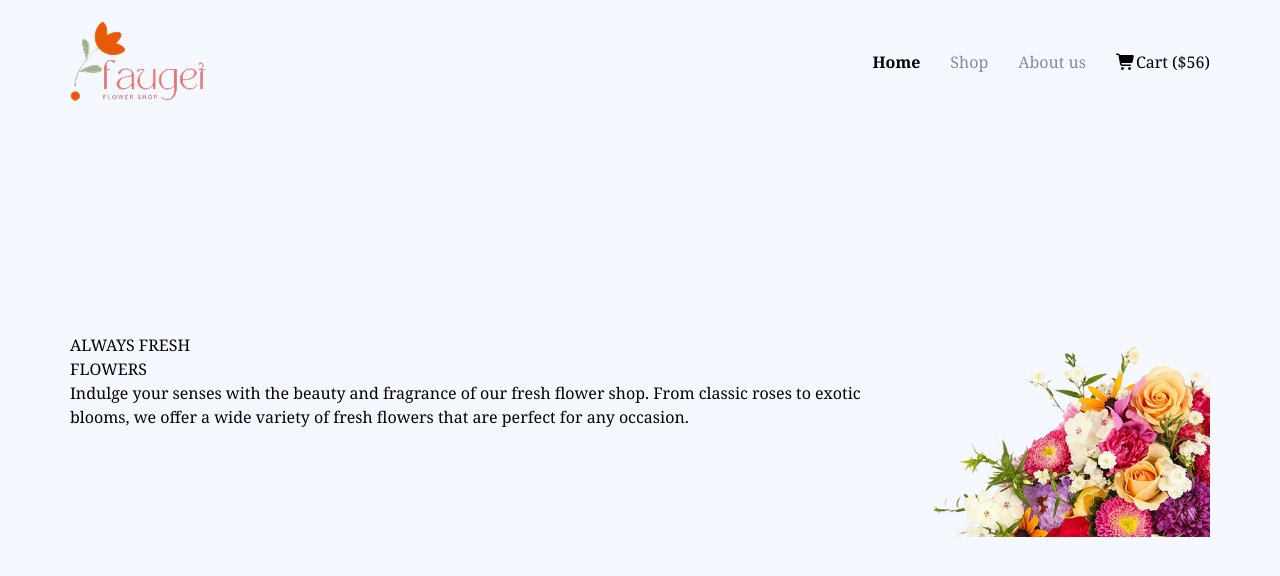
Repository: nahid-hasann/website-7
Page: index.html
These files come from the project's save history. The page is drawn as it stood at one moment and after the next save; the edit follows.
The browser window is 1280 px wide. The pictures show the whole page.
Some web libraries are served in a nearby version.

Above is the page before, as saved 2025-07-23 23:06:57.

### index.html
<!DOCTYPE html>
<html lang="en">
<head>
    <meta charset="UTF-8">
    <meta name="viewport" content="width=device-width, initial-scale=1.0">
     <script src="https://cdn.jsdelivr.net/npm/@tailwindcss/browser@4"></script>
    <title> website-7 </title>
    <link rel="stylesheet" href="style.css">
    <link rel="stylesheet" href="https://cdnjs.cloudflare.com/ajax/libs/font-awesome/7.0.0/css/all.min.css" integrity="sha512-DxV+EoADOkOygM4IR9yXP8Sb2qwgidEmeqAEmDKIOfPRQZOWbXCzLC6vjbZyy0vPisbH2SyW27+ddLVCN+OMzQ==" crossorigin="anonymous" referrerpolicy="no-referrer" />
   <link rel="preconnect" href="https://fonts.googleapis.com">
<link rel="preconnect" href="https://fonts.gstatic.com" crossorigin>
<link href="https://fonts.googleapis.com/css2?family=Noto+Serif:ital,wght@0,100..900;1,100..900&display=swap" rel="stylesheet">
</head>
<body class="noto-serif-nahid">


    <header>
        <nav>
            <div class="nav-logo">
                <img src="assets/logo.png" alt="">
            </div>
            <div class="nav-menu">
                <ul>
                    <li class="ul-li" style="color: black; font-weight: bold;">Home</li>
                    <li class="ul-li" >Shop</li>
                    <li class="ul-li" >About us</li>
                    <li class="last-li" style="color: black;"><i class="fa-solid fa-cart-shopping"></i>Cart ($56)</li>
                </ul>
            </div>
        </nav>
    </header>

    <main class="main">

        <section class="banner">
            <div class="banner-section">
                <div class="banner-description">
                    <h1>ALWAYS <span>FRESH <br> FLOWERS</span></h1>
                    <p>Indulge your senses with the beauty and fragrance of our fresh flower shop. From classic roses to exotic blooms, we offer a wide variety of fresh flowers that are perfect for any occasion. </p>
                </div>
                <div class="banner-img">
                    <img src="assets/hero-flower.png" alt="">
                </div>
            </div>
        </section>

    </main>




</body>
</html>

### style.css


*{
    margin: 0;
    padding: 0;
    box-sizing: border-box;
}


.noto-serif-nahid {
  font-family: "Noto Serif", serif;
  font-optical-sizing: auto;
  font-style: normal;
  font-variation-settings:
    "wdth" 100;
}

body{
    background-color: #f5f8ff;
}



/* header suru  */

header{
   margin: 20px auto;
   max-width: 1140px;
}

nav{
    display: flex;
    justify-content: space-between;
    align-items: center;
}

.nav-logo img{
    width: 100%;
}

.nav-menu ul{
     display: flex;
     gap: 30px;
     align-items: center;
     justify-content: center;
     margin: auto 0;
}

.nav-menu ul li{
    color: rgba(137, 135, 161, 1);
    font-weight: 400;
}


/* header sesh  */

.main{
    width: 1140px;
    margin: auto;
}

/* banner-section  */

.banner{
    margin: 230px 0 130px 0;
}

.banner-section{
     display: flex;
}

/* banner-section  */





@media screen and (max-width:575px) {
    header{
        width: 100%;
    }

nav{
    margin:0 30px;

}

.nav-logo img{
    width: 63px;
}
    .ul-li{
        display: none;
    }

}

After the next save:
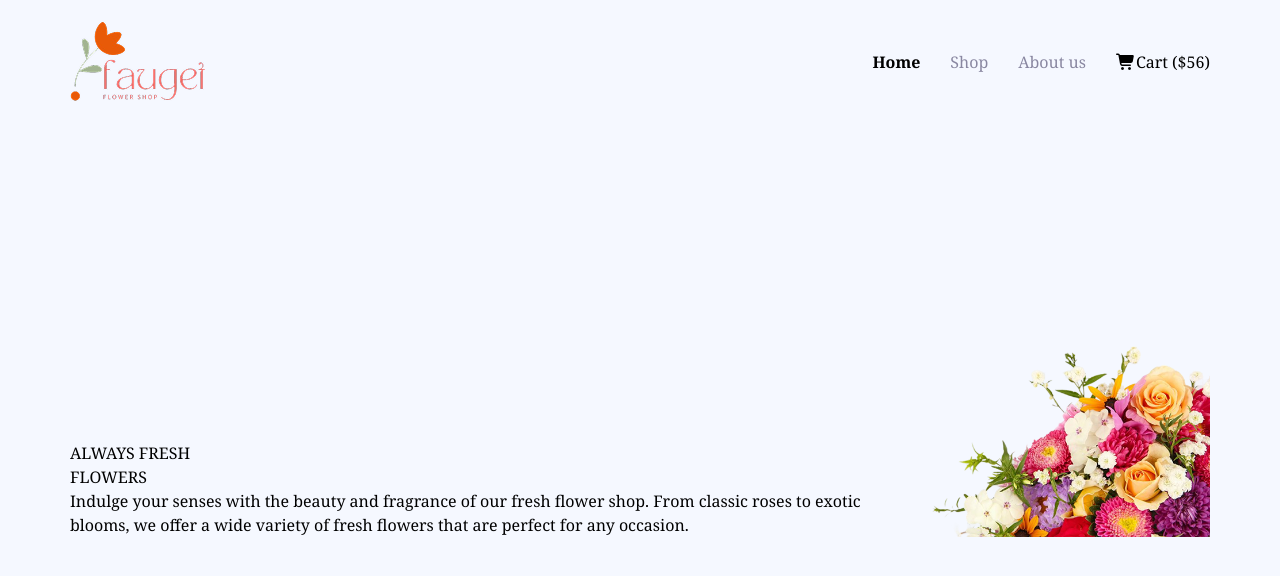
Saved 45 s later.
--- a/style.css
+++ b/style.css
@@ -67,6 +67,7 @@ nav{
 
 .banner-section{
      display: flex;
+     align-items: end;
 }
 
 /* banner-section  */
